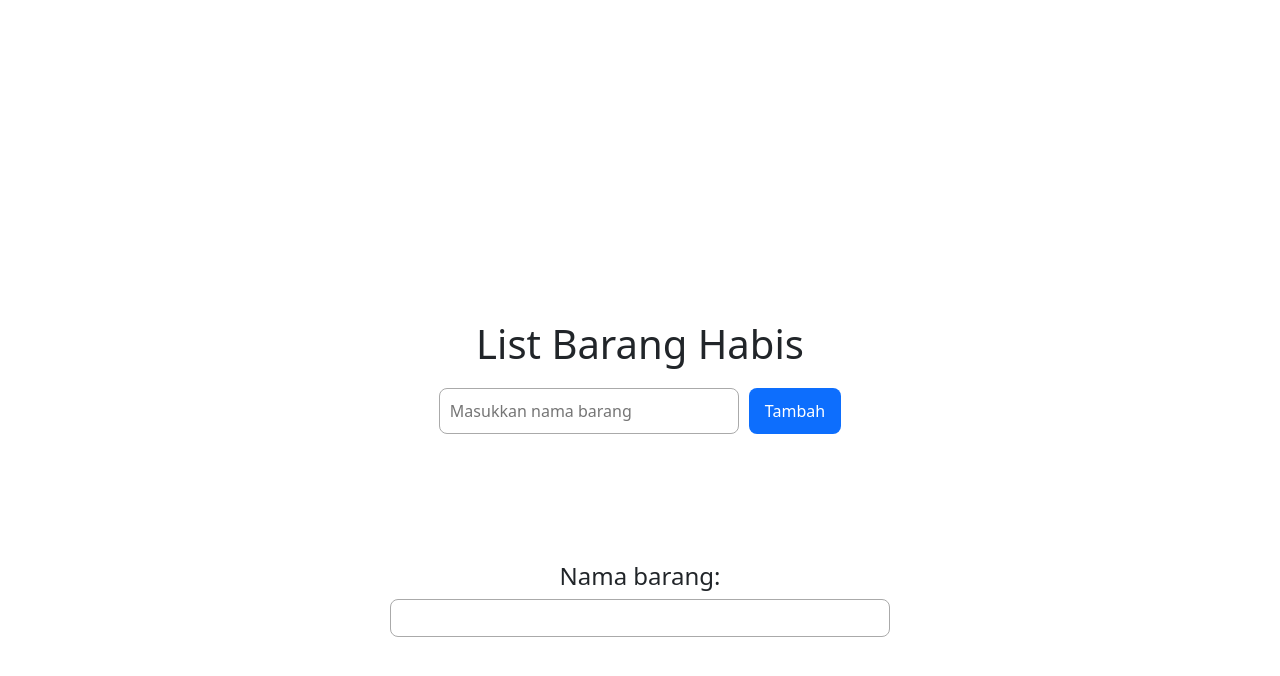
Repository: amorysdeo/dirumah
Page: index.html
The author's editor kept a copy of each file at every save. The page is drawn from the files as they stood at one save, then again after a run of saves.
The browser window is 1280 px wide. The pictures show the whole page.

Above is the page before, as saved 2025-11-27 12:05:19.

After the next 2 saves:
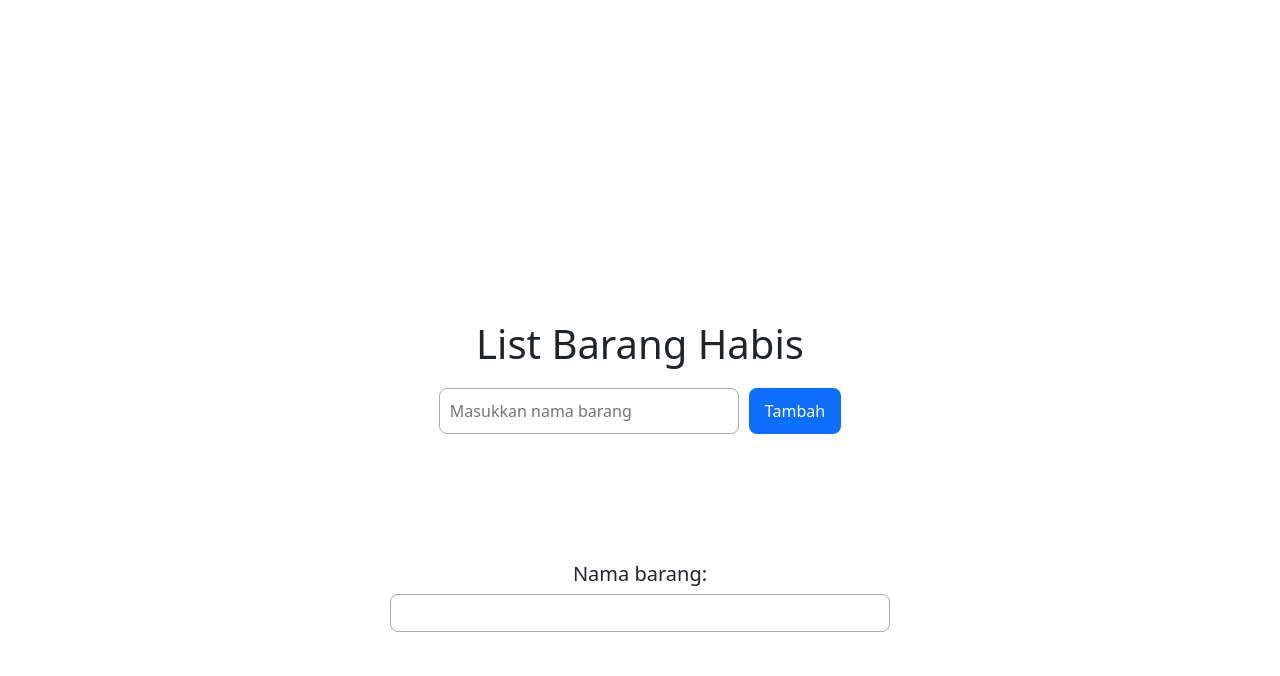
The 2 saves are shown as one change because they came seconds apart.
The last was saved 16 s later.
--- a/index.html
+++ b/index.html
@@ -19,7 +19,7 @@
         </div>
     </div>
 
-    <h4 class="text-center">Nama barang:</h4>
+    <h5 class="text-center">Nama barang:</h5>
     <div id="list-box">
         <ul></ul>
     </div>
